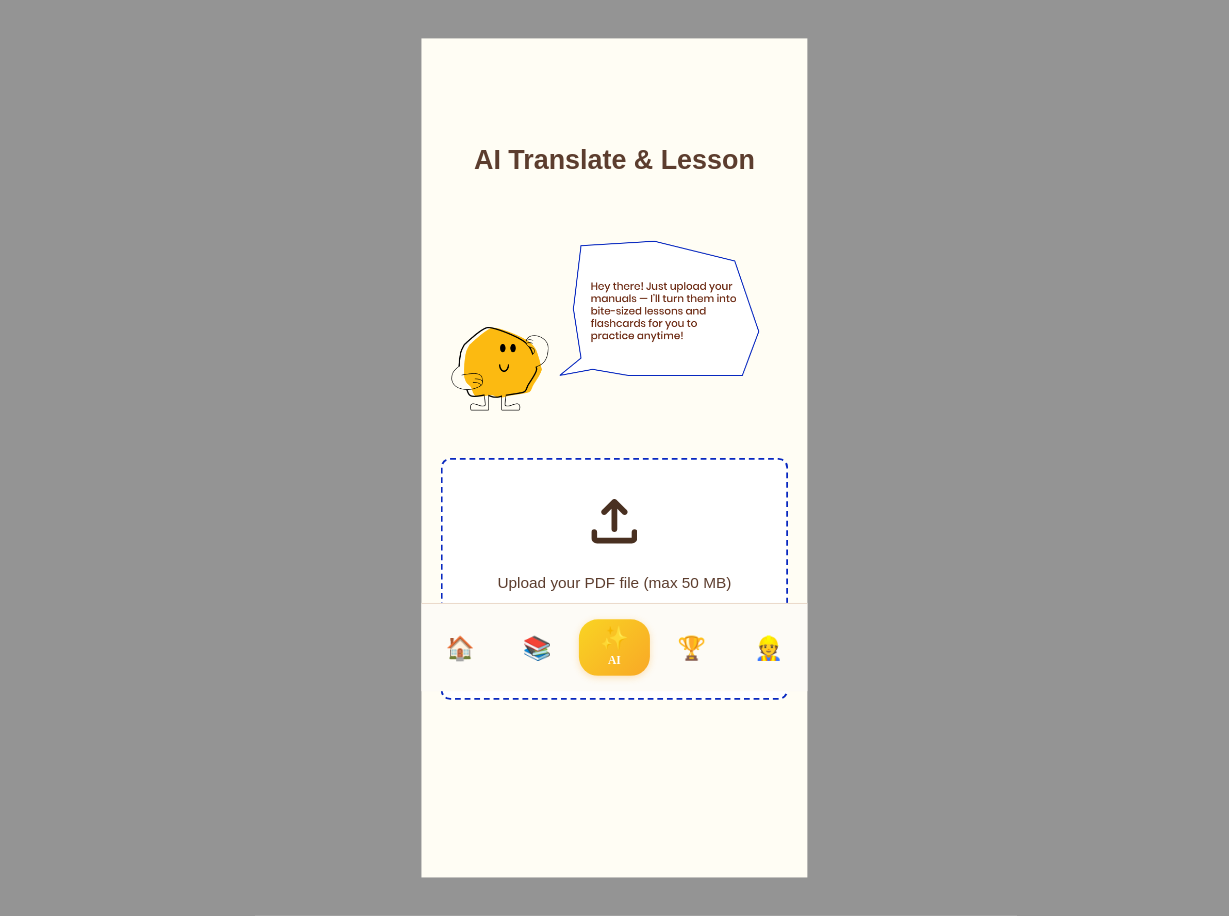
Repository: richelletiongson/Jargon_FrontendShowcase
Page: / (app in jargon_frontend/)
An editor plug-in stored every save of this project. The page is shown before and after the next save, followed by the edit.
The browser window is 1280 px wide. The pictures show the whole page, at 96% of full size.
The project was rebuilt for these pictures with package versions that can differ from the ones it lists, and the page was loaded fresh each time. Also part of the build but not shown: jargon_frontend/vite.config.js, jargon_frontend/src/index.css, jargon_frontend/src/home_pages/Home.jsx, jargon_frontend/src/course_pages/Course.jsx, jargon_frontend/src/charts_pages/Charts.jsx, jargon_frontend/src/profile_pages/Profile.jsx.

Above is the page before, as saved 2025-10-22 17:24:33.

After the next save:
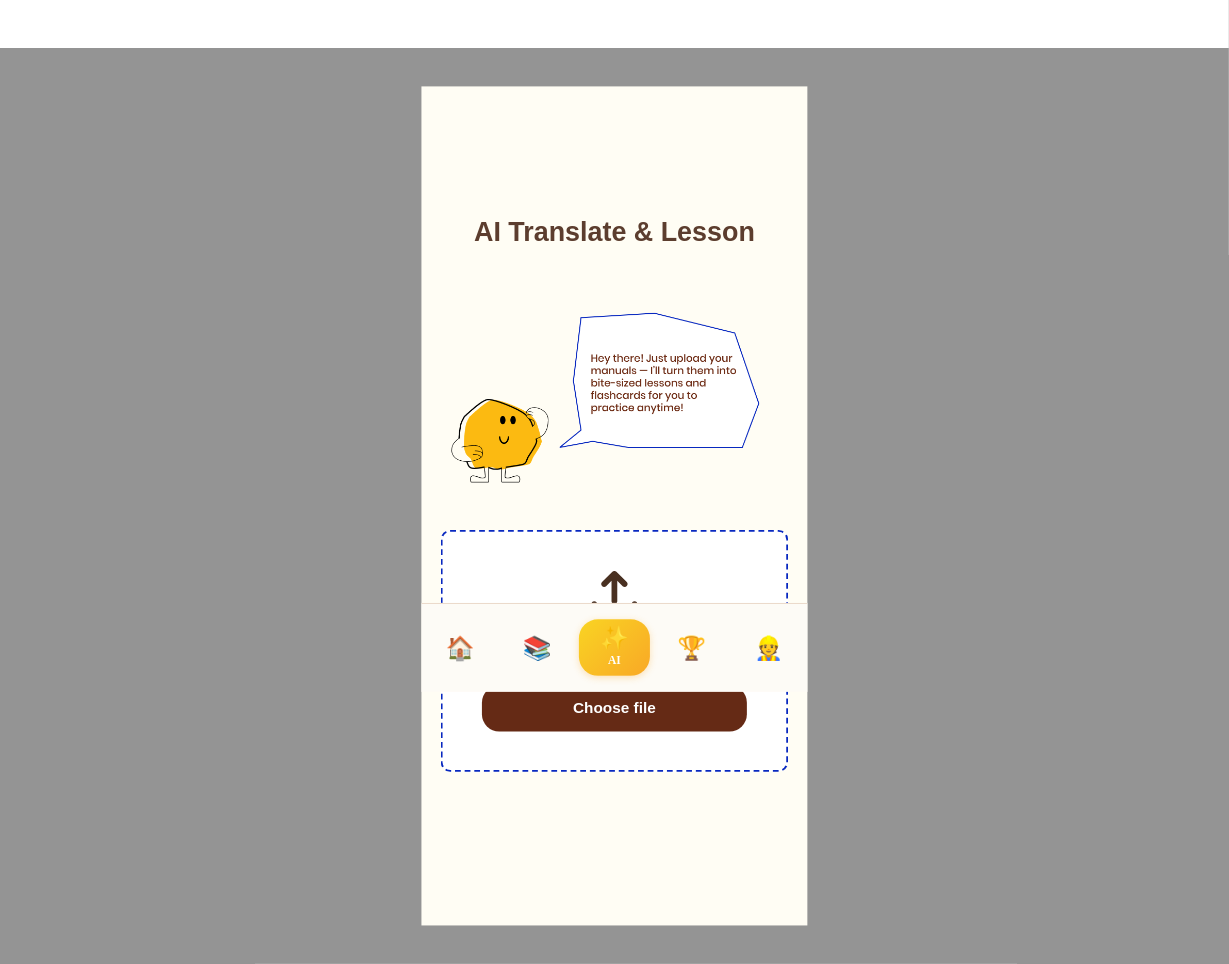
Saved 17 s later.
--- a/jargon_frontend/src/ai_pages/AI.css
+++ b/jargon_frontend/src/ai_pages/AI.css
@@ -12,7 +12,7 @@
 
 .main-content {
   flex: 1;
-  padding-top: 100px;
+  margin-top: 50px;
   display: flex;
   flex-direction: column;
   align-items: center;
